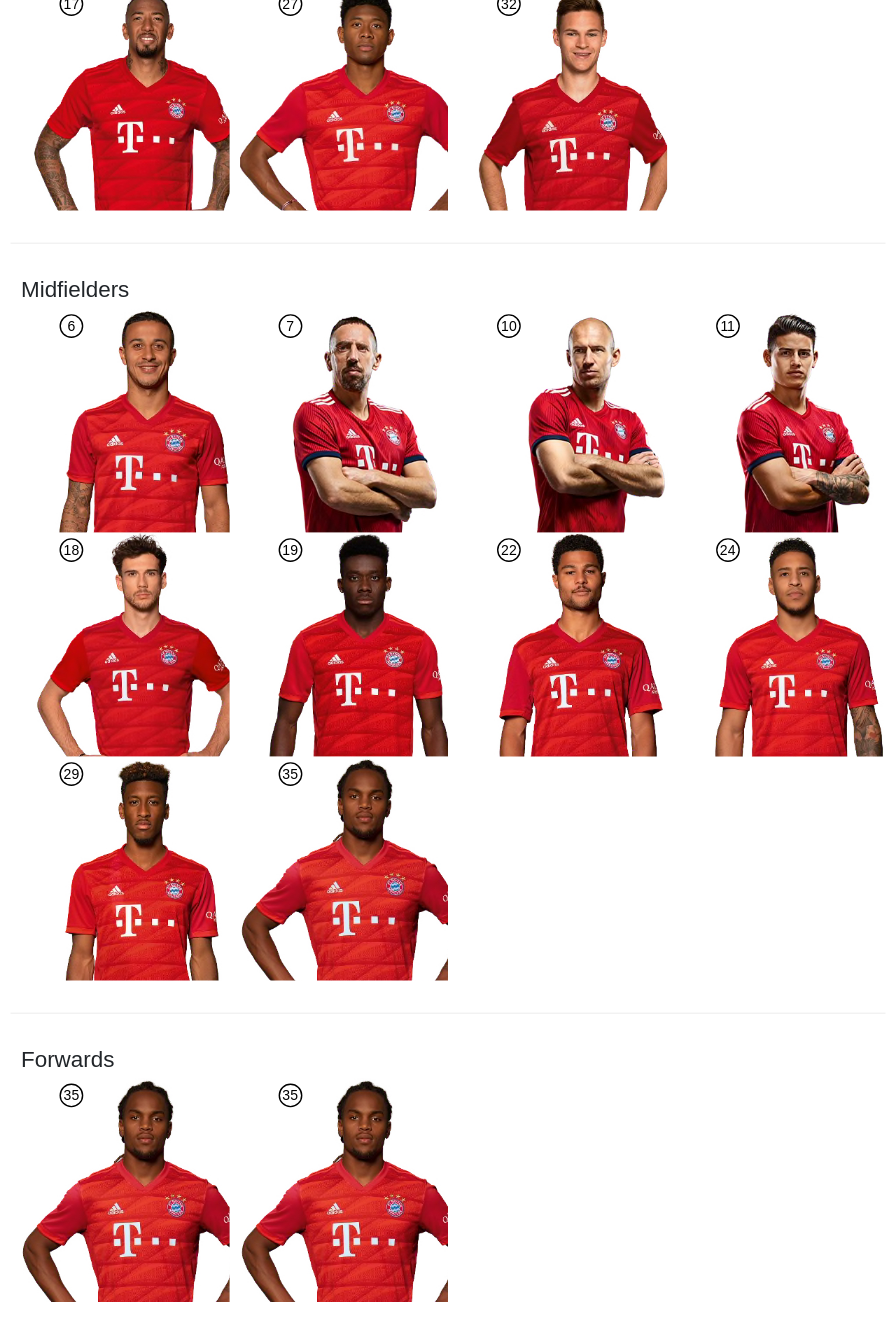
Repository: Code-Institute-Submissions/alnibo-milestone-project-1
Page: team.html
The author's editor kept a record of every edit. The page is drawn from the files as they stood at one moment, then again after the next edit.
The browser window is 1280 px wide. The pictures show the part of the page from y = 1677 to 3597 px (the page is 3597 px tall), at 70% of full size.
Some web fonts or font styles are not loaded; a fallback is used.

Above is the page before.

After the next edit:
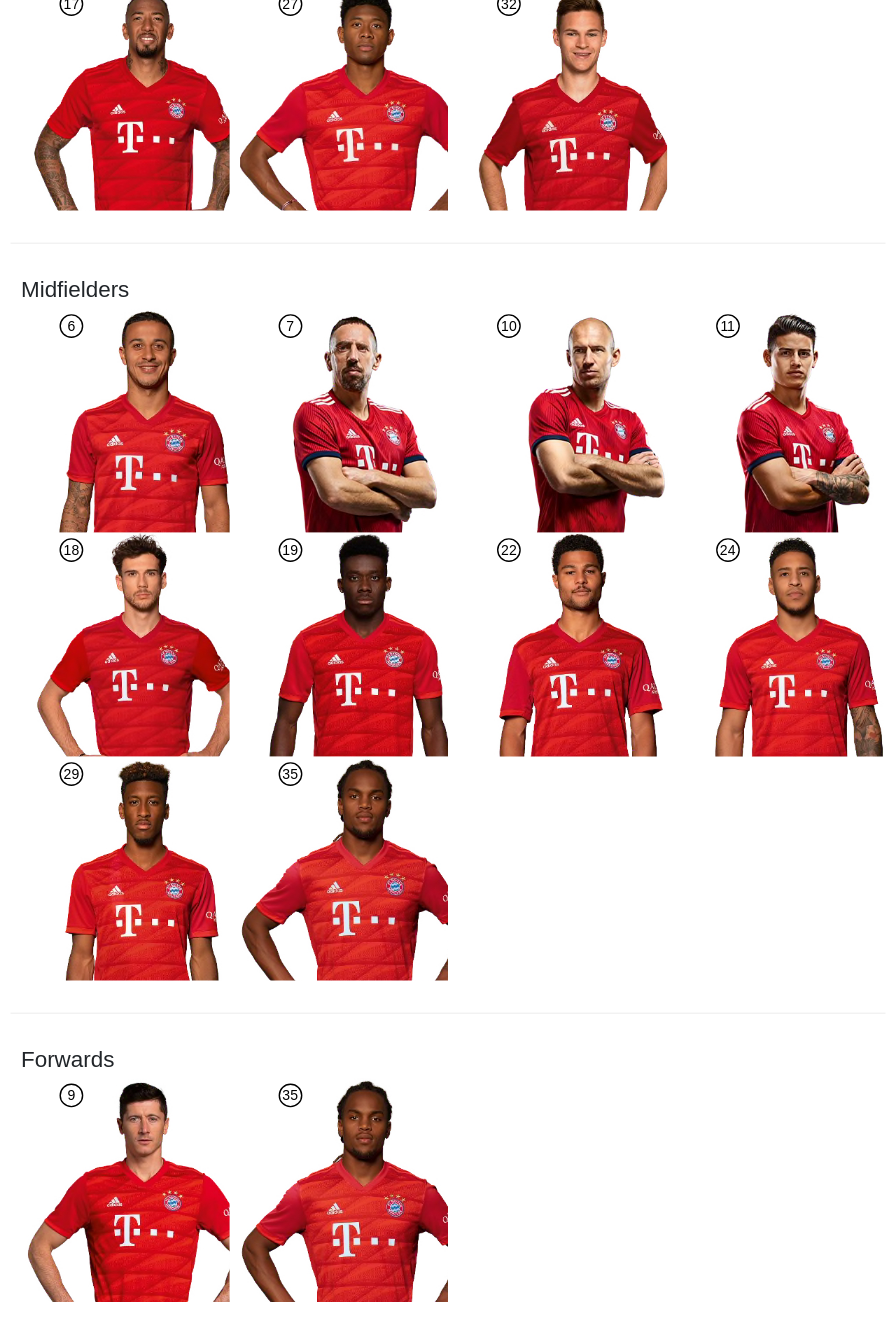
The edit:
--- a/team.html
+++ b/team.html
@@ -237,10 +237,10 @@
         <h2>Forwards</h2>
         <div class="row">
             <div class="col-12 col-sm-6 col-md-4 col-lg-3 player-pic">
-                <img src="assets/images/35renatosanches.jpg">
-                <div class="text-centered1">Renato Sanches</div>
-                <div class="text-centered2">18.08.1997</div>
-                <div class="shirt-number">35</div>
+                <img src="assets/images/9robertlewandowski.jpg">
+                <div class="text-centered1">Robert Lewandowski</div>
+                <div class="text-centered2">21.08.1988</div>
+                <div class="shirt-number">9</div>
             </div>
 
             <div class="col-12 col-sm-6 col-md-4 col-lg-3 player-pic">
